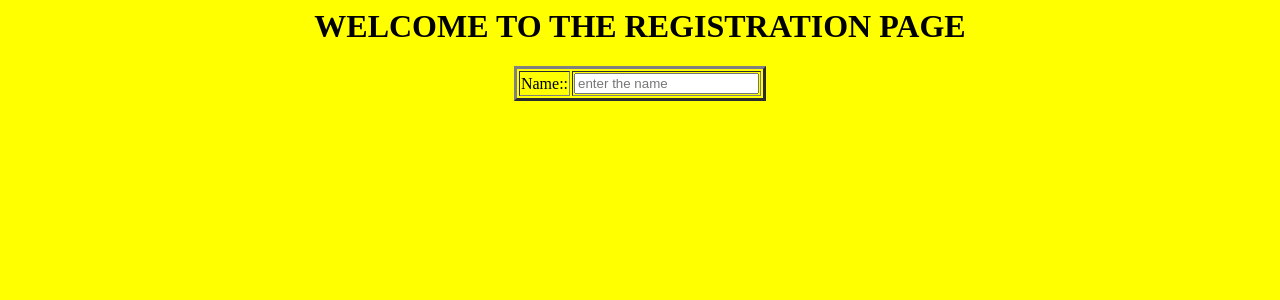
Repository: shivaramkrishna53/SERVLET_PROJECTS
Page: proj12-WorkingWithDifferentFormComponents-RegistrationApp/WebContent/input.html
The author's editor kept a copy of each file at every save. The page is drawn from the files as they stood at one save, then again after the next save.
The browser window is 1280 px wide. The pictures show the whole page.

Above is the page before, as saved 2021-01-12 14:05:33.

### proj12-WorkingWithDifferentFormComponents-RegistrationApp/WebContent/input.html
<html>
<head>
<title>Registration</title>
</head>
<body bgcolor="yellow">
<center>
<h1 >WELCOME TO THE REGISTRATION PAGE</h1>
<form action="registrationurl" method="post">
<table border="3">
<tr>
<td>Name::</td>
<td>
<input type="text" name="pname" placeholder="enter the name"/>
</td>
</tr>
</table>
</form>
</center>
</body>
</html>

After the next save:
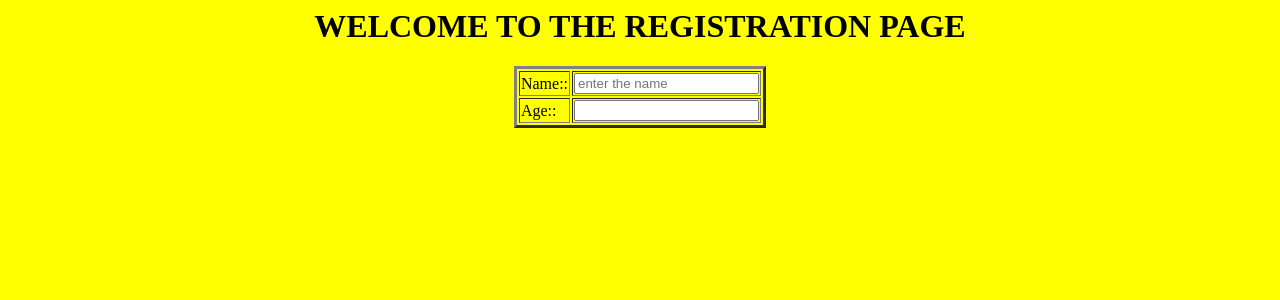
Saved 4 min 10 s later.
--- a/proj12-WorkingWithDifferentFormComponents-RegistrationApp/WebContent/input.html
+++ b/proj12-WorkingWithDifferentFormComponents-RegistrationApp/WebContent/input.html
@@ -13,6 +13,12 @@
 <input type="text" name="pname" placeholder="enter the name"/>
 </td>
 </tr>
+<tr>
+<td>Age::</td>
+<td>
+<input type="number" name="page"/>
+</td>
+</tr>
 </table>
 </form>
 </center>
